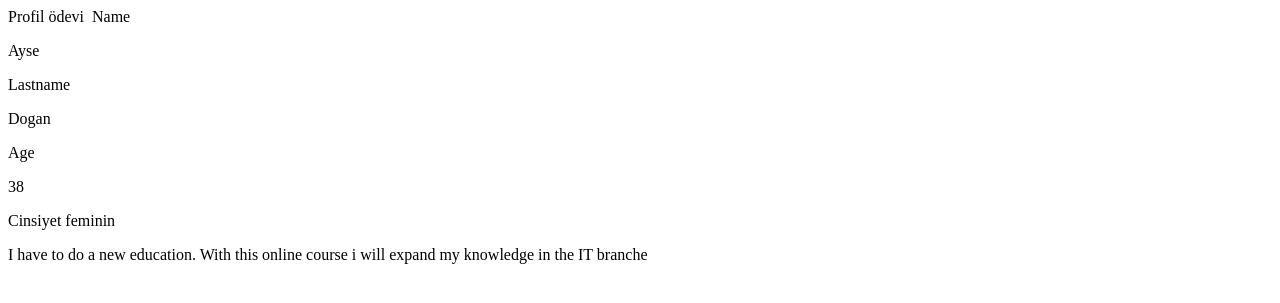
Repository: aysedo/html
Page: Week_2/profile/index.html
These files come from the project's save history. The page is drawn as it stood at one moment and after the next save; the edit follows.
The browser window is 1280 px wide. The pictures show the whole page.

Above is the page before, as saved 2021-08-25 21:53:48.

### Week_2/profile/index.html
<!DOCTYPE html>
<html lang="en">
  <head>
    <meta charset="UTF-8" />
    <meta http-equiv="X-UA-Compatible" content="IE=edge" />
    <meta name="viewport" content="width=device-width, initial-scale=1.0" />
    <title>Document</title>
  </head>
  <body>
    <titel>Profil ödevi</titel>
    <img source=""
          <p> Name </p>
          <p> Ayse </p>
          <p> Lastname </p>
          <p> Dogan </p>
          <p> Age </p>
          <p> 38 </p>
          <tr>
          <td>Cinsiyet</td>
          <td>feminin</td>
          <tr/>
          <p>I have to do a new education. With this online course i will expand my knowledge in the IT branche</p>

          <address> </address>
        </tr>
      </table>

  </body>
</html>

After the next save:
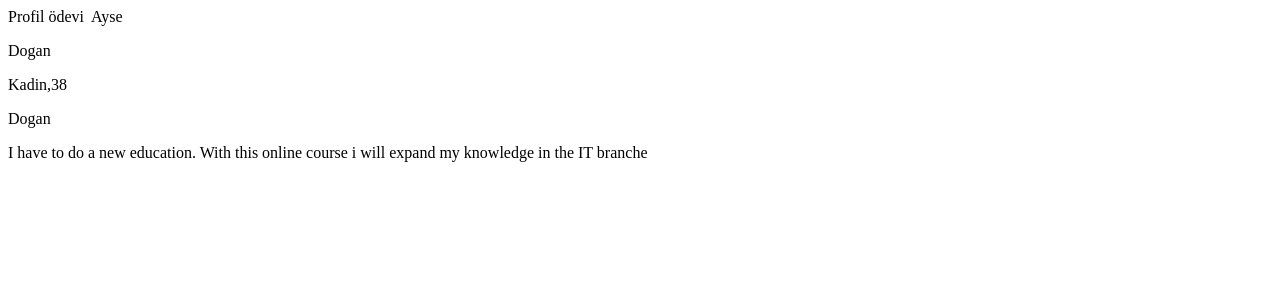
Saved 2 min 19 s later.
--- a/Week_2/profile/index.html
+++ b/Week_2/profile/index.html
@@ -9,16 +9,11 @@
   <body>
     <titel>Profil ödevi</titel>
     <img source=""
-          <p> Name </p>
           <p> Ayse </p>
-          <p> Lastname </p>
           <p> Dogan </p>
-          <p> Age </p>
-          <p> 38 </p>
-          <tr>
-          <td>Cinsiyet</td>
-          <td>feminin</td>
-          <tr/>
+          <p> Kadin,38 </p>
+          <p> Dogan </p>
+
           <p>I have to do a new education. With this online course i will expand my knowledge in the IT branche</p>
 
           <address> </address>
